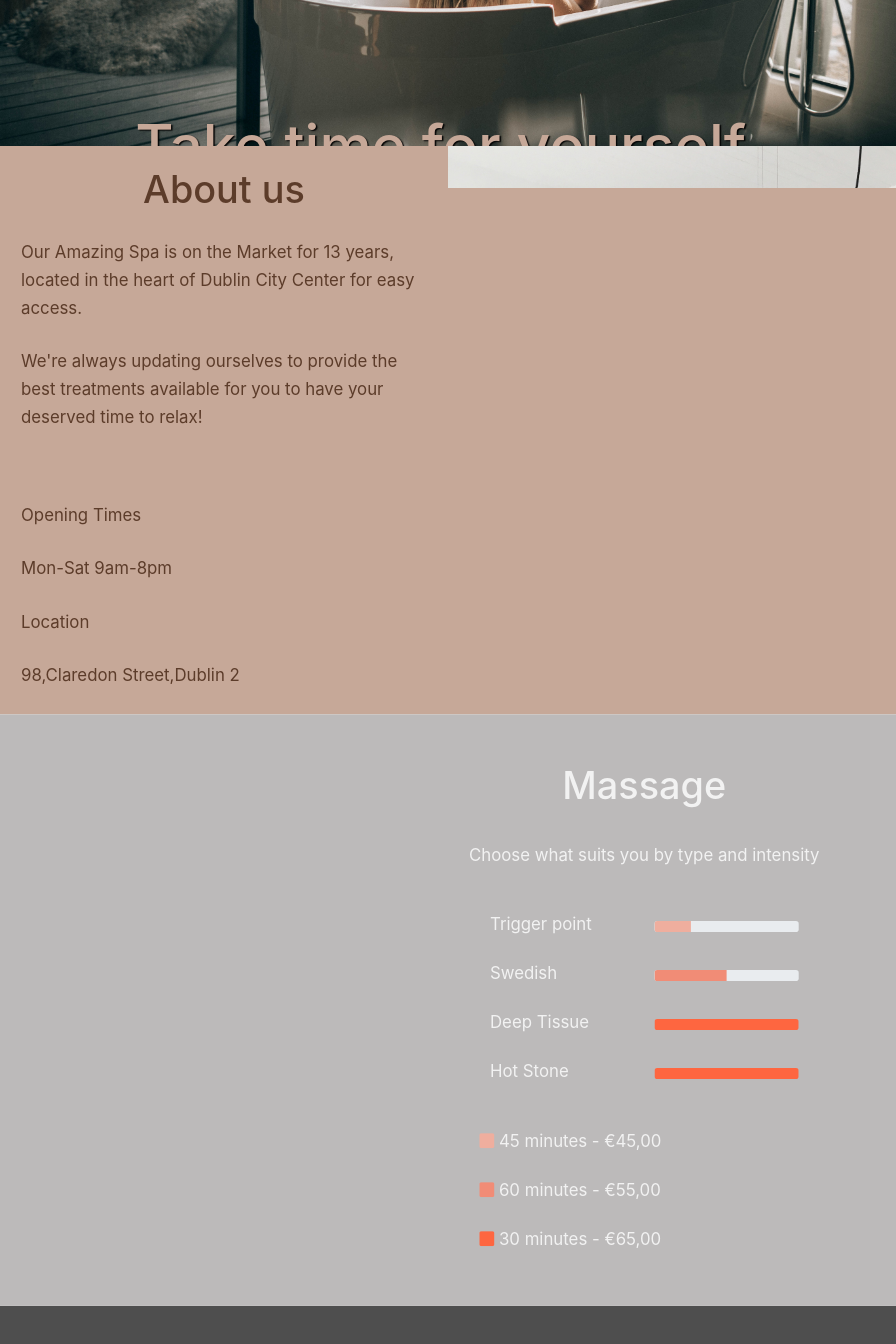
Repository: Code-Institute-Submissions/spa-website
Page: index.html
The author's editor kept a record of every edit. The page is drawn from the files as they stood at one moment, then again after the next edit.
The browser window is 1280 px wide. The pictures show the part of the page from y = 512 to 2432 px (the page is 5148 px tall before and 5202 px after), at 70% of full size.
Pictures or frames that could not be fetched are drawn as grey boxes. An inner scrolling area shows only its first screen. Backgrounds fixed to the window are drawn as part of the page. Some web libraries are served in a nearby version.

Above is the page before.

### index.html
<!DOCTYPE html>
<html lang="en">

<head>
  <meta charset="UTF-8">
  <meta name="viewport" content="width=device-width, initial-scale=1.0">
  <meta http-equiv="X-UA-Compatible" content="ie=edge">
  <link rel="stylesheet" href="./libraries/bootstrap.min.css" type="text/css" />
  <link rel="stylesheet" href="https://use.fontawesome.com/releases/v5.1.1/css/all.css" integrity="sha384-O8whS3fhG2OnA5Kas0Y9l3cfpmYjapjI0E4theH4iuMD+pLhbf6JI0jIMfYcK3yZ" crossorigin="anonymous">
  <link href="https://fonts.googleapis.com/css?family=Nobile" rel="stylesheet">
  <link rel="stylesheet" href="assets/css/style.css" type="text/css" />
  <link rel="stylesheet" href="https://stackpath.bootstrapcdn.com/bootstrap/4.3.1/css/bootstrap.min.css" integrity="sha384-ggOyR0iXCbMQv3Xipma34MD+dH/1fQ784/j6cY/iJTQUOhcWr7x9JvoRxT2MZw1T" crossorigin="anonymous">
  <script src="https://code.jquery.com/jquery-3.3.1.slim.min.js" integrity="sha384-q8i/X+965DzO0rT7abK41JStQIAqVgRVzpbzo5smXKp4YfRvH+8abtTE1Pi6jizo" crossorigin="anonymous"></script>
  <script src="https://cdnjs.cloudflare.com/ajax/libs/popper.js/1.14.7/umd/popper.min.js" integrity="sha384-UO2eT0CpHqdSJQ6hJty5KVphtPhzWj9WO1clHTMGa3JDZwrnQq4sF86dIHNDz0W1" crossorigin="anonymous"></script>
  <script src="https://stackpath.bootstrapcdn.com/bootstrap/4.3.1/js/bootstrap.min.js" integrity="sha384-JjSmVgyd0p3pXB1rRibZUAYoIIy6OrQ6VrjIEaFf/nJGzIxFDsf4x0xIM+B07jRM" crossorigin="anonymous"></script>
  <title>Spa Website</title>
</head>

<body>


  <!-----------------------------Navigation Section------------------------------>

  <nav class="navbar navbar-expand-lg navbar-light fixed-top">
    <div class="container">
      <div>
        <ul class="navbar-nav ml-auto toptitle">
          <li class="nav-item">
            <a class="navbar-brand" href="#home">Unwind</a>
          </li>
        </ul>
      </div>
      <button class="navbar-toggler" type="button" data-toggle="collapse" data-target="#navbarcontent" aria-controls="navbarcontent" aria-expanded="false" aria-label="Toggle navigation">
            <span class="navbar-toggler-icon"></span>
        </button>

      <div class="collapse navbar-collapse" id="navbarcontent">
        <ul class="navbar-nav ml-auto">
          <li class="nav-item active">
            <a class="nav-link" href="#">Home
                        <span class="sr-only">(current)</span>
                    </a>
          </li>
          <li class="nav-item">
            <a class="nav-link" href="#about">About</a>
          </li>
          <li class="nav-item">
            <a class="nav-link" href="#massage">Massage</a>
          </li>
          <li class="nav-item">
            <a class="nav-link" href="#bathing">Bathing</a>
          </li>
          <li class="nav-item">
            <a class="nav-link" href="#offer">Offer</a>
          </li>
        </ul>
      </div>
    </div>
  </nav>

  <!---------------------------------Landing Page-------------------------------->

  <div class="home-area" id="home">
    <div class="home-text">
      <h1 id="titlepg">Take time for yourself.</h1>
    </div>
    <div class="button">
      <button type="button" class="btn-btn-primary btn-lg" href="#form" id="buttonpg">Book Now</button>
    </div>
  </div>


  <!----------------------------------About us---------------------------------->

  <section id="about-us" class="about-us">
    <div class="row no-gutters">
      <div class="col-12 col-md-6 d-flex align-items-center order-1 order-md-0">
        <div class="about">
          <h1 class="important">About us</h1>
          <div class="description">
            <p>Our Amazing Spa is on the Market for 13 years, located in the heart of Dublin City Center for easy access.</p>
            <p>We're always updating ourselves to provide the best treatments available for you to have your deserved time to relax!</p>
            <div class="details">
              <p>Opening Times</p>
              <p>Mon-Sat 9am-8pm</p>
              <p>Location</p>
              <p>98,Claredon Street,Dublin 2</p>
            </div>
          </div>
        </div>
      </div>
      <div class="col-12 col-md-6 order-0 order-md-1">
        <div id="about"></div>
      </div>
    </div>

  </section>




  <!------------------------------------Massage---------------------------------->

  <section id="massage" class="massage">
    <div class="row no-gutters">
      <div class="col-12 col-md-6 order-2">
        <div></div>
      </div>
      <div class="col-12 col-md-6 d-flex align-items-center order-3">
        <div id="masstop">
          <h1 class="titlemass">Massage</h1>
          <div id="secondline">
            <p>Choose what suits you by type and intensity</p>
          </div>
          <div class="containerlist">
            <div class="row">
              <div class="col-12 col-md-6">
                Trigger point
              </div>
              <div class="col-12 col-md-6" id="bar">
                <div class="progress">
                  <div class="progress-bar-low" role="progressbar" style="width: 25%" aria-valuenow="10" aria-valuemin="0" aria-valuemax="100">low</div>
                </div>
              </div>
            </div>

            <div class="row">
              <div class="col-12 col-md-6">
                Swedish
              </div>
              <div class="col-12 col-md-6" id="bar">
                <div class="progress">
                  <div class="progress-bar-medium" role="progressbar" style="width: 50%" aria-valuenow="10" aria-valuemin="0" aria-valuemax="100">medium</div>
                </div>
              </div>
            </div>


            <div class="row">
              <div class="col-12 col-md-6">
                Deep Tissue
              </div>
              <div class="col-12 col-md-6" id="bar">
                <div class="progress">
                  <div class="progress-bar-high" role="progressbar" style="width: 100%" aria-valuenow="10" aria-valuemin="0" aria-valuemax="100">high</div>
                </div>
              </div>
            </div>

            <div class="row">
              <div class="col-12 col-md-6">
                Hot Stone
              </div>
              <div class="col-12 col-md-6" id="bar">
                <div class="progress">
                  <div class="progress-bar-high" role="progressbar" style="width: 100%" aria-valuenow="10" aria-valuemin="0" aria-valuemax="100">high</div>
                </div>


              </div>
              <div class="circles">
                <div class="row">
                  <div class="col-12">
                    <span><i class="fas fa-square" id="low-square"></i> 45 minutes - €45,00</span><br>
                    <span><i class="fas fa-square" id="medium-square"></i> 60 minutes - €55,00</span><br>
                    <span><i class="fas fa-square" id="high-square"></i> 30 minutes - €65,00</i></span>
                  </div>
                </div>
              </div>
            </div>
          </div>
        </div>
      </div>

    </div>

  </section>



  <!--------------------------------------Bathing------------------------------->

  <section id="bathing" class="bathing">
    <div id="hero-bath">
      <div id="hero-overlay-bath">
        <div class="col-md-12">
          <h1 class="titlebath">Deluxe Bathing Room</h1>
          <div id="textbath">
            <span><i class="fa fa-user-alt"></i>  1 hour bath for one person- €45,00</span>
            </br>
            <span><i class="fa fa-user-friends"></i> 1 hour bath for a couple- €60,00</span>
          </div>
          <p class="bottom"> Need extra time? 50% off on the next hour</p>
        </div>
      </div>
    </div>
  </section>




  <!--------------------------------------Offer---------------------------------->
  <section id="offer" class="offer">
    <div id="hero-offer">
      <div class="container">
        <h1 id="top">Do you think it can get any better?</h1>
        <h2 id="secondtop">Check this out!</h2>
        <div class="row" id="roundpics">
          <div class="col-sm-5">
            <img src="images/massagepic.jpg" class="rounded-circle" alt="massage">
          </div>
          <div class="col-sm-2">
            <p id="signplus">+</p>
          </div>
          <div class="col-sm-5">
            <img src="./images/bath.jpg" class="rounded-circle" alt="bath">
          </div>
          <p id="bottom">Buy any massage plus 1 hour bath and get 25% off the total price</p>
        </div>


  </section>

  <!--------------------------------------Form--------------->
  <section id="form" class="form">
    <div id="hero-cal">
      <div id="hero-overlay-cal">
        <h1 class="formt">Sign Up to book a day for you</h1>
        <form>
          <div class="form-group">
            <label for="InputName">Name</label>
            <input type="name" class="form-control" id="InputName" placeholder="Enter name">
          </div>
          <div class="form-group">
            <label for="InputEmail1">Email address</label>
            <input type="email" class="form-control" id="InputEmail1" aria-describedby="emailHelp" placeholder="Enter email">

          </div>
          <div class="form-group">
            <label for="InputPassword1">Password</label>
            <input type="password" class="form-control" id="InputPassword1" placeholder="Password">
          </div>
          <button type="submit" class="btn btn-primary btn-lg" id="buttonform">Sign Up</button>
        </form>
      </div>
    </div>
    </div>
  </section>



  <!------------Footer---------->
  <section id="footer" class="footer">
    <div class="text-center center-block">
      <p class="txt-footer">- unwind.com -</p>
      <br />
      <a href="https://www.facebook.com"><i class="fab fa-facebook-f"></i></a>
      <a href="https://instagram.com"><i class="fab fa-instagram"></i></a>
      <a href="mailto:unwindnow@gmail.com"><i class="far fa-envelope"></i></a>
    </div>
  </section>
  <!-----------------------------------------end---------------------------->
  <script src="https://ajax.googleapis.com/ajax/libs/jquery/3.4.0/jquery.min.js "></script>
  <script type="text/javascript " src="./libraries/bootstrap.min.js "></script>

</body>

</html>

### assets/css/style.css
@import url('https://fonts.googleapis.com/css?family=Montserrat:400,700');

body {
  overflow-x: hidden;
  margin: 0 auto;
}

/*-----Navigation bar----*/

nav {
  color: #f1f1f1;
  background-color: #C6A898;
}

.navbar-brand {
  height: 2rem;
  color: #f2f2f2;
  font-family: segoe print;
  font-size: 32px;
  padding-bottom: 30px;
}

.toptitle {
  list-style: none;
}




/*------Landing Page----*/

.home-area {
  background: url('../../images/landing.jpg');
  background-position: center center;
  -webkit-background-size: cover;
  background-size: cover;
  height: 100vh;
  overflow-x: hidden;
}

.home-text {
  margin: 0 auto;
  text-align: center;
  height: auto;
}

#titlepg {
  margin-top: 45%;
  font-size: 84px;
  padding: 30px;
  color: #C6A898;
  text-shadow: 2px 1px 2px black;

}

#buttonpg {
  background-color: #f2f2f2;
  color: #5C3C2A;
  border-color: #f2f2f2;
  font-weight: bold;
  display: block;
  margin: 0 auto;
  margin-top: 10%;


}

@media (min-width: 600px) {
  #buttonpg {
    margin-top: 20%;
    font-size: 36px;
    padding: 14px 40px;
  }

  #titlepg {
    margin-top: 40%;
  }
}

@media (max-width: 360px) {
  #titlepg {
    font-size: 54px;

  }

  #buttonpg {
    margin-top: 20%;

  }
}

@media (min-width: 1024px) {
  #titlepg {
    margin-top: 50%;
  }
}




/*--------------About Us----------*/

#about {
  background-attachment: fixed;
  background-image: url(' ../../images/aboutus.jpg');
  background-size: cover;
  background-repeat: no-repeat;
  position: relative;
  padding: 30px;
}

.about-us {
  background-color: #C6A898;
  margin: 0px;
}

.abouttxt {
  margin: 30px;

}

.important {
  padding: 40px 30px 40px;
  text-align: center;
  color: #5C3C2A;
  font-size: 54px;
  line-height: 44px;
}

.description p {
  padding: 0px 30px 20px;
  text-align: left;
  font-size: 24px;
  color: #5C3C2A;
  line-height: 40px;

}

.details {

  bottom: 0;
  padding-top: 10%;
  font-size: 1rem;

}

.details p {
  text-align: left;
  color: #5C3C2A;

}

@media (min-width: 700px) and (max-width: 1000px) {
  .description p {
    line-height: 30px;

  }
}




/*------------------Massage---------------*/

#cover {
  background-attachment: fixed;
  background-image: url('../../images/massagepic.jpg');
  background-size: cover;
  background-repeat: no-repeat;
  position: relative;
  padding: 30px;
  margin: 0px;
}



#massage {
  background-color: #BCBABA;
  color: #f2f2f2;
  margin: 0px;
}

#masstop {
  margin: 30px;
}

.titlemass {
  font-size: 54px;
  color: #f2f2f2;
  text-align: center;
  padding: 40px 30px 40px;

}

#secondline {
  font-size: 24px;
  color: #f2f2f2;
  text-align: center;
}

.containerlist {
  width: 100%;
  height: 100%;
  font-size: 24px;
  line-height: 70px;
  padding: 30px;
}

#bar {
  margin-top: 30px;
}

.progress-bar-low {
  background-color: #EFAE9E;
  color: #f2f2f2;
}

.progress-bar-medium {
  background-color: #F18C76;
}

.progress-bar-high {
  background-color: #FE6640;
}

.circles {
  padding-top: 30px;
}

#low-square {
  color: #EFAE9E;
}

#medium-square {
  color: #F18C76;
}

#high-square {
  color: #FE6640;
}

tbody {
  font-weight: normal;
  font-size: 36px;
  color: #f2f2f2;
}

thead {
  font-size: 36px;
  color: #f2f2f2;
}



@media (max-width: 320px) {
  .containerlist {
    font-size: 18px;
  }
}

@media (min-width: 700px) and (max-width:1000px) {
  .containerlist {
    padding: 10px;
  }
}

/*------------Bathing---------*/

bathing {
  margin: 0px;
}

#hero-bath {
  background-image: url('../../images/bath.jpg');
  background-size: cover;
  background-position: center center;
  position: relative;
  top: 0;
  bottom: 0;
  height: 100vh;
  z-index: -10;
}

#hero-overlay-bath {
  position: absolute;
  background-color: rgba(0, 0, 0, 0.5);
  top: 0px;
  bottom: 0px;
  height: 100%;
  width: 100%;
  z-index: -5;
}

#textbath {
  color: #f2f2f2;
  display: block;
  margin: 0 auto;
  padding: 30px;
  padding-top: 130px;
}

.titlebath {
  font-size: 48px;
  text-align: center;
  color: #f2f2f2;
  margin-top: 70px;

}

.bottom {
  color: #f2f2f2;
  font-size: 24px;
  padding-top: 200px;
  text-align: center;

}

@media (min-width: 600px) and (max-width: 1000px) {
  #textbath {
    font-size: 24px;
    padding: 70px;
    padding-top: 240px;
    margin-left: 5%;
  }

  .bottom {
    font-size: 36px;

    padding-top: 240px;
  }

  .titlebath {
    font-size: 54px;
    margin-top: 130px;

  }
}

@media (max-width: 320px) {
  .bottom {
    font-size: 18px;
    padding-top: 50px;
    padding-bottom: 30px;
  }

  .titlebath {
    font-size: 48px;
    margin-top: 50px;
  }

  #textbath {
    font-size: 18px;
    padding: 5px;
    padding-top: 60px;
    margin-left: 5%;
  }
}

@media (min-width: 1000px) {
  .titlebath {
    margin-top: 150px;
  }

  #textbath {
    font-size: 36px;
    padding: 30px;
    padding-top: 350px;
    margin-left: 5%;
  }

  .bottom {
    font-size: 36px;
    padding-top: 450px;
    padding-bottom: 30px;
  }
}

@media (min-height: 640px) and (max-height: 730px) {
  .bottom {
    padding-top: 100px;
    padding-bottom: 30px;
  }
}

/*-----------Offer----------*/

#hero-offer {
  background-image: url('../../images/backgroundflwr.jpg');
  background-size: cover;
  background-position: center center;
  position: relative;
  top: 0;
  bottom: 0;
  height: 100vh;
  z-index: -10;
}

#roundpics {
  width: 100%;
  margin: 0 auto;
  overflow: hidden;
  align-items: center;
  justify-content: space-around;
  display: flex;
  float: none;
}

.rounded-circle {
  width: 200px;
  height: 200px;
  display: block;
  margin: 0 auto;
  padding: 20px;
}

offer {
  margin: 0px;
}

#top {
  font-size: 40px;
  color: #5C3C2A;
  text-align: center;
  padding-top: 15%;


}

#secondtop {
  font-size: 40px;
  color: #B7927E;
  text-align: center;
}

#bottom {
  font-size: 18px;
  color: #5C3C2A;
  text-align: center;
  font-weight: bold;
  padding: 20px;

}

#signplus {
  text-align: center;
  font-weight: bold;
  font-size: 40px;

}

@media (max-width: 320px) {
  #bottom {
    font-size: 12px;
    padding-top: 0px;
  }

  #signplus {
    padding: 0px;
  }
}

@media (min-width: 700px) and (max-width: 1000px) {
  .rounded-circle {
    width: 280px;
    height: 280px;
  }

  #roundpics {
    margin-top: 160px;
  }

  #bottom {
    font-size: 36px;
    margin: 0 auto;
    margin-top: 150px;
  }
}

@media (min-width: 1000px) {
  .rounded-circle {
    width: 380px;
    height: 380px;
    margin-top: 10px;


  }

  #roundpics {
    margin-top: 190px;
  }

  #signplus {
    padding-top: 70px;
    padding-left: 10px;
  }

  #bottom {
    font-size: 36px;
    margin: 0 auto;
    margin-top: 220px;
  }
}

@media (max-height: 670px) {
  #top {
    font-size: 18px;
    padding-top: 15%;
  }

  .rounded-circle {
    width: 160px;
    height: 160px;
    display: block;
    margin: 0 auto;

  }

  #signplus {
    font-size: 18px;

  }

  #bottom {
    font-size: 18px;
    margin-top: 10px;
  }

  #secondtop {
    font-size: 18px;
  }


}

@media (min-height: 730px) and (max-height: 736px) {
  #top,
  #secondtop {
    font-size: 24px;



  }

}


/*----------Form----------*/

form {
  margin: 0px;
}

#hero-cal {
  background-attachment: fixed;
  background-image: url('../../images/calendar.jpg');
  background-size: cover;
  background-position: center center;
  position: relative;
  top: 0;
  bottom: 0;
  height: 100vh;
  z-index: -10;
}

#hero-overlay-cal {
  position: absolute;
  background-color: rgba(0, 0, 0, 0.5);
  top: 0px;
  bottom: 0px;
  height: 100%;
  width: 100%;
  z-index: -5;
}

form {
  padding: 15%;

}


.formt {
  color: #f2f2f2;
  font-size: 48px;
  padding-top: 15%;
  text-align: center;
}

.form-group {
  color: #f2f2f2;
  font-size: 30px;
  text-align: left;
  margin-top: 30px;

}

#buttonform {
  background-color: #f2f2f2;
  color: #5C3C2A;
  border-color: #f2f2f2;
  font-weight: bold;
  display: block;
  margin: 0 auto;
  margin-top: 40px;
}

@media (min-width: 600px) {
  #buttonform {
    margin-top: 30%;
    padding: 14px 40px;

  }

}

@media (max-width: 360px) {

  .formt {
    font-size: 24px;
    padding-top: 15%;

  }

  .form-group {
    font-size: 18px;
    margin-top: 1px;
  }
}

@media (min-width: 1000px) {
  .form-group {
    font-size: 36px;
  }

  #buttonform {
    font-size: 36px;
    font-weight: bold;
  }

}

@media (min-height: 666px) and (max-height: 737px) {
  .form-group {

margin-top: 5px;

  }
}

/*--------Footer------*/



#footer {
  background-color: #C6A898;
}

.txt-footer {
  color: #f2f2f2;
}

.fab, .far {
  color: #f2f2f2;
  padding: 10px;
  font-size: 30px;
  width: 50px;
  text-align: center;
  text-decoration: none;

}

Loaded but not shown: libraries/bootstrap.min.css (library); libraries/bootstrap.min.js (library)

After the next edit:
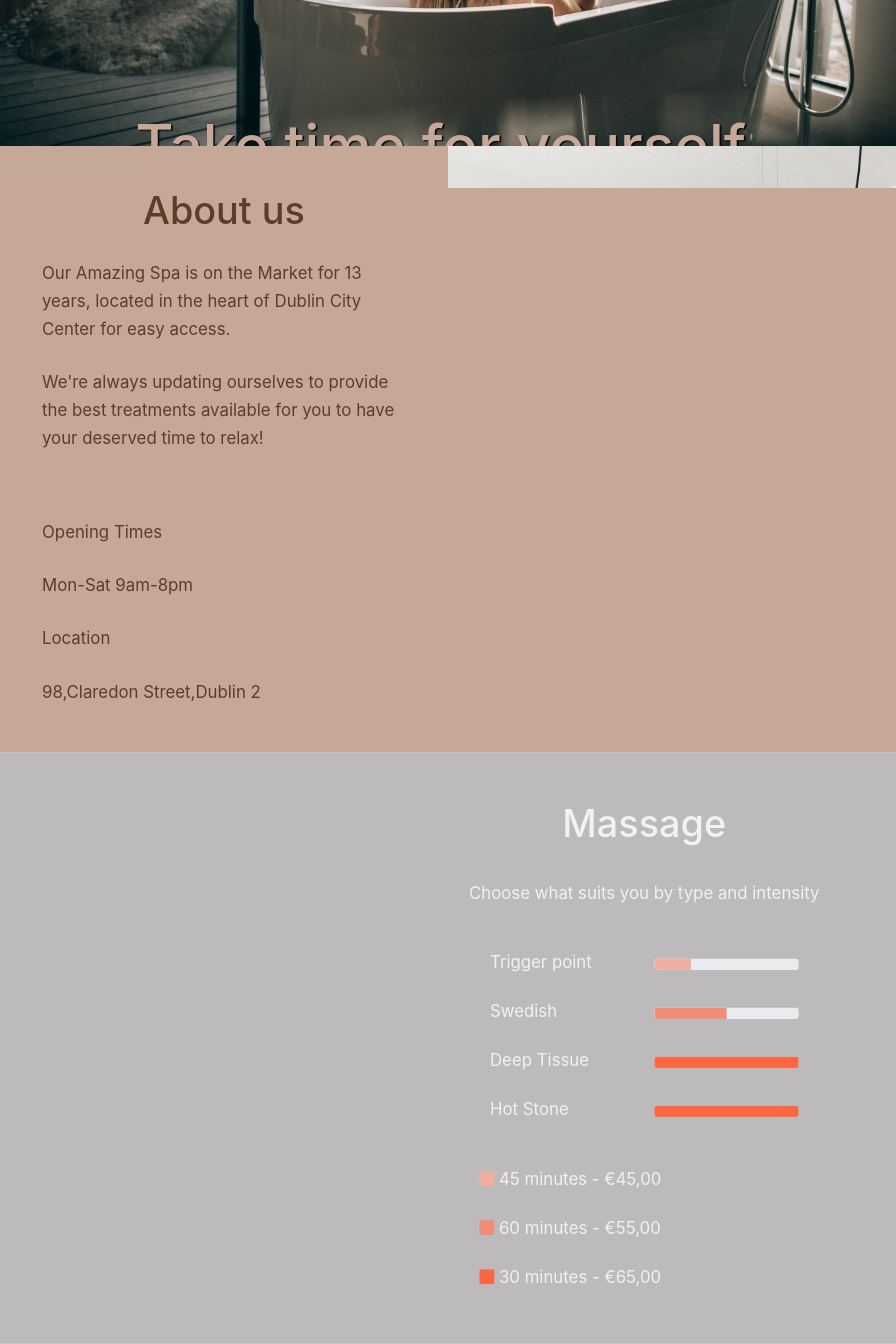
The edit:
--- a/index.html
+++ b/index.html
@@ -75,7 +75,7 @@
   <section id="about-us" class="about-us">
     <div class="row no-gutters">
       <div class="col-12 col-md-6 d-flex align-items-center order-1 order-md-0">
-        <div class="about">
+        <div class="abouttxt">
           <h1 class="important">About us</h1>
           <div class="description">
             <p>Our Amazing Spa is on the Market for 13 years, located in the heart of Dublin City Center for easy access.</p>
